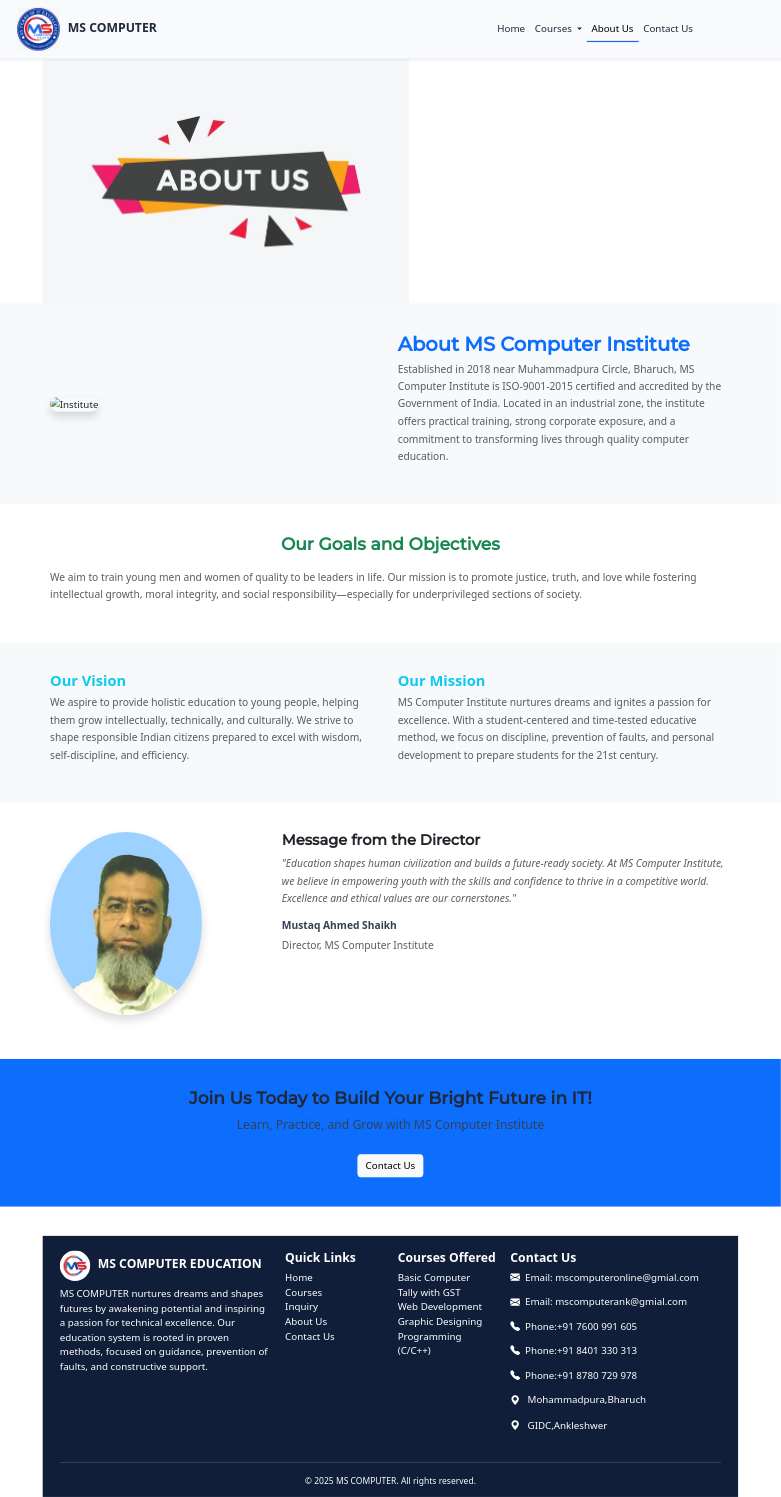
Repository: mscomputer2025/mscomputer
Page: http://localhost/aboutus
These files come from the project's save history. The page is drawn as it stood at one moment and after the next save; the edit follows.
The browser window is 1280 px wide. The pictures show the whole page, at 61% of full size.
Some web fonts or font styles are not loaded; a fallback is used. The page is served by the project's Laravel application, run on PHP 8.4 with Laravel 12. Other server files are loaded and not shown. Queries for data that is not in the repository find no rows.

Above is the page before, as saved 2025-07-03 21:02:00.

### app/Providers/AppServiceProvider.php
<?php

namespace App\Providers;

use Illuminate\Support\ServiceProvider;
use App\Models\Courses;
use Illuminate\Support\Facades\View;

class AppServiceProvider extends ServiceProvider
{

    public function register(): void
    {
        //
    }

    public function boot()
{
    View::composer('*', function ($view) {
        $view->with('allCourses', Courses::all());
    });
}
}

### app/Providers/ViewServiceProvider.php
<?php

namespace App\Providers;

use Illuminate\Support\ServiceProvider;
use Illuminate\Support\Facades\View;
use Illuminate\View\Compilers\BladeCompiler;
use Illuminate\Support\Facades\Validator;
use App\Models\Courses;

class ViewServiceProvider extends ServiceProvider
{

    public function register(): void
    {
        //
    }


    public function boot()
    {
        View::composer('*', function ($view) {
            $courses = Courses::all();
            $view->with('courses', $courses);
        });
    }
}

### routes/web.php
<?php

use Illuminate\Support\Facades\Route;

Route::get('/', function () {
    return view('homepage');
});
Route::get('/contactus', function () {
    return view('contactus');
});
Route::get('/courses', function () {
    return view('courses');
});
Route::get('/aboutus', function () {
    return view('aboutus');
});

### app/Models/Courses.php
<?php

namespace App\Models;

use Illuminate\Database\Eloquent\Model;

class Courses extends Model
{
    protected $fillable = [
        'course_id', 'course_title', 'course_image', 'course_duration',
        'course_description', 'course_curriculum', 'course_rating', 'course_reviews'
    ];

    protected $casts = [
        'course_curriculum' => 'array',
    ];
}

### resources/views/aboutus.blade.php
@extends('master.master')

@section('title', 'About Us')

@section('content')

    <!-- Hero Banner -->
    <div class="container p-0">
        <img src="{{ asset('images/about-hero.jpg') }}" class="img-fluid"
            style="max-height: 400px; object-fit: cover;" alt="MS Computer Institute">
    </div>

    <!-- About Section -->
    <section class="py-5 bg-light">
        <div class="container">
            <div class="row align-items-center">
                <div class="col-lg-6 mb-4 mb-lg-0">
                    <img src="{{ asset('images/institute-front.jpg') }}" class="img-fluid rounded-4 shadow" alt="Institute">
                </div>
                <div class="col-lg-6">
                    <h2 class="fw-bold text-primary">About MS Computer Institute</h2>
                    <p class="text-muted">Established in 2018 near Muhammadpura Circle, Bharuch, MS Computer Institute is
                        ISO-9001-2015 certified and accredited by the Government of India. Located in an industrial zone,
                        the institute offers practical training, strong corporate exposure, and a commitment to transforming
                        lives through quality computer education.</p>
                </div>
            </div>
        </div>
    </section>

    <!-- Goals and Objectives -->
    <section class="py-5">
        <div class="container">
            <h3 class="text-center fw-bold mb-4 text-success">Our Goals and Objectives</h3>
            <div class="row">
                <div class="col-md-12">
                    <p class="text-muted">We aim to train young men and women of quality to be leaders in life. Our mission
                        is to promote justice, truth, and love while fostering intellectual growth, moral integrity, and
                        social responsibility—especially for underprivileged sections of society.</p>
                </div>
            </div>
        </div>
    </section>

    <!-- Vision & Mission -->
    <section class="py-5 bg-light">
        <div class="container">
            <div class="row g-4">
                <div class="col-md-6">
                    <h4 class="fw-semibold text-info">Our Vision</h4>
                    <p class="text-muted">We aspire to provide holistic education to young people, helping them grow
                        intellectually, technically, and culturally. We strive to shape responsible Indian citizens prepared
                        to excel with wisdom, self-discipline, and efficiency.</p>
                </div>
                <div class="col-md-6">
                    <h4 class="fw-semibold text-info">Our Mission</h4>
                    <p class="text-muted">MS Computer Institute nurtures dreams and ignites a passion for excellence. With a
                        student-centered and time-tested educative method, we focus on discipline, prevention of faults, and
                        personal development to prepare students for the 21st century.</p>
                </div>
            </div>
        </div>
    </section>

    <!-- Director's Message -->
    <section class="py-5">
        <div class="container">
            <div class="row align-items-start">
                <div class="col-lg-4 mb-4">
                    <img src="{{ asset('images/director.jpg') }}" class="img-fluid rounded-circle shadow" alt="Director"
                        style="max-height: 300px;">
                </div>
                <div class="col-lg-8">
                    <h4 class="fw-bold text-dark">Message from the Director</h4>
                    <p class="text-muted fst-italic">"Education shapes human civilization and builds a future-ready society.
                        At MS Computer Institute, we believe in empowering youth with the skills and confidence to thrive in
                        a competitive world. Excellence and ethical values are our cornerstones."</p>
                    <p class="mb-1 fw-semibold">Mustaq Ahmed Shaikh</p>
                    <p class="text-muted">Director, MS Computer Institute</p>
                </div>
            </div>
        </div>
    </section>

    <!-- Call to Action -->
    <section class="py-5 bg-primary text-white text-center" style="rgba(var(--bs-white-rgb), var(--bs-text-opacity)) !important;">
        <div class="container">
            <h3 class="fw-bold">Join Us Today to Build Your Bright Future in IT!</h3>
            <p class="lead">Learn, Practice, and Grow with MS Computer Institute</p>
            <a href="{{ url('/contact') }}" class="btn btn-light mt-3">Contact Us</a>
        </div>
    </section>

@endsection

### resources/views/master/master.blade.php
<!DOCTYPE html>
<html lang="en">
<head>
    <meta charset="UTF-8">
    <meta name="viewport" content="width=device-width, initial-scale=1.0">
    <link rel="stylesheet" href="{{ asset('css/master.css') }}">
    <link href="https://fonts.googleapis.com/css2?family=Poppins&display=swap" rel="stylesheet">
    <link href="https://fonts.googleapis.com/css2?family=Orbitron:wght@600&family=Montserrat:wght@500&display=swap" rel="stylesheet">
    <link rel="stylesheet" href="https://cdn.jsdelivr.net/npm/bootstrap-icons@1.10.5/font/bootstrap-icons.css">
    <link href="https://cdn.jsdelivr.net/npm/bootstrap@5.3.7/dist/css/bootstrap.min.css" rel="stylesheet">
    <title>MS COMPUTER - @yield('title')</title>
</head>
<body>

    @include('master.header')

    <main>
        @yield('content')
    </main>

    @include('master.footer')

    <script src="https://cdn.jsdelivr.net/npm/bootstrap@5.3.7/dist/js/bootstrap.bundle.min.js"></script>
</body>
</html>

### resources/views/master/header.blade.php
<nav class="navbar navbar-expand-lg navbar-light shadow-sm">
    <div class="container mx-3">
        <a class="navbar-brand" href="#">
            <img src="{{ asset('logo.jpeg') }}" alt="Institute Logo" width="70" height="100" class="img-fluid">
            <span class="ms-2 fw-bold">MS COMPUTER</span>
        </a>
        <button class="navbar-toggler" type="button" data-bs-toggle="collapse" data-bs-target="#navbarContent"
            aria-controls="navbarContent" aria-expanded="false" aria-label="Toggle navigation">
            <span class="navbar-toggler-icon"></span>
        </button>

        <div class="collapse navbar-collapse justify-content-end" id="navbarContent">
            <ul class="navbar-nav mb-2 mb-lg-0">

                <li class="nav-item">
                    <a class="nav-link {{ request()->is('/') ? 'active' : '' }}" href="{{ url('/') }}">Home</a>
                </li>

                <li class="nav-item dropdown">
                    <a class="nav-link dropdown-toggle {{ request()->is('courses') ? 'active' : '' }}" href="#"
                        id="coursesDropdown" role="button" data-bs-toggle="dropdown" aria-expanded="false">
                        Courses
                    </a>
                    <ul class="dropdown-menu" aria-labelledby="coursesDropdown">
                        <li><a class="dropdown-item" href="#">Basic Computer</a></li>
                        <li><a class="dropdown-item" href="#">PGDCA</a></li>
                        <li><a class="dropdown-item" href="#">ADIT</a></li>
                        <li><a class="dropdown-item" href="#">Web Development & Designing</a></li>
                        <li><a class="dropdown-item" href="#">Tally GST</a></li>
                        <li><a class="dropdown-item" href="#">Graphic Design</a></li>
                    </ul>
                </li>

                <li class="nav-item">
                    <a class="nav-link {{ request()->is('aboutus') ? 'active' : '' }}" href="{{ url('/aboutus') }}">About
                        Us</a>
                </li>

                <li class="nav-item">
                    <a class="nav-link {{ request()->is('contactus') ? 'active' : '' }}"
                        href="{{ url('/contactus') }}">Contact Us</a>
                </li>

            </ul>
        </div>
    </div>
</nav>

### resources/views/master/footer.blade.php
<footer class="container text-white pt-4 pb-3 mt-5 footer-bg">
    <div class="mx-3">
        <div class="row">
            <!-- Institute Info -->
            <div class="col-md-4 mb-3">
                <a class="navbar-brand" href="#">
                    <img src="{{ asset('footerlogo.jpg') }}" alt="Institute Logo" width="50" height="70"
                        class="img-fluid rounded-circle me-2">
                </a>
                <span class="fw-bold h5">MS COMPUTER EDUCATION</span>
                <p class="mt-2">
                    MS COMPUTER nurtures dreams and shapes futures by awakening potential and inspiring a passion for
                    technical excellence. Our education system is rooted in proven methods, focused on guidance,
                    prevention of faults, and constructive support.
                </p>
            </div>

            <!-- Quick Links -->
            <div class="col-md-2 mb-3">
                <h5 class="fw-bold">Quick Links</h5>
                <ul class="list-unstyled">
                    <li><a href="#" class="text-white text-decoration-none">Home</a></li>
                    <li><a href="#" class="text-white text-decoration-none">Courses</a></li>
                    <li><a href="#" class="text-white text-decoration-none">Inquiry</a></li>
                    <li><a href="#" class="text-white text-decoration-none">About Us</a></li>
                    <li><a href="#" class="text-white text-decoration-none">Contact Us</a></li>
                </ul>
            </div>

            <!-- Courses Offered -->
            <div class="col-md-2 mb-3">
                <h5 class="fw-bold">Courses Offered</h5>
                <ul class="list-unstyled">
                    <li><a href="#" class="text-white text-decoration-none">Basic Computer</a></li>
                    <li><a href="#" class="text-white text-decoration-none">Tally with GST</a></li>
                    <li><a href="#" class="text-white text-decoration-none">Web Development</a></li>
                    <li><a href="#" class="text-white text-decoration-none">Graphic Designing</a></li>
                    <li><a href="#" class="text-white text-decoration-none">Programming (C/C++)</a></li>
                </ul>
            </div>

            <!-- Contact Info -->
            <div class="col-md-4 mb-3">
                <h5 class="fw-bold">Contact Us</h5>
                <p><i class="bi bi-envelope-fill me-2"></i>Email: mscomputeronline@gmial.com</p>
                <p><i class="bi bi-envelope-fill me-2"></i>Email: mscomputerank@gmial.com</p>
                <p><i class="bi bi-telephone-fill me-2"></i>Phone:+91 7600 991 605 </p>
                <p><i class="bi bi-telephone-fill me-2"></i>Phone:+91 8401 330 313</p>
                <p><i class="bi bi-telephone-fill me-2"></i>Phone:+91 8780 729 978</p>
                <p><i class="bi bi-geo-alt-fill me-2 align-middle"></i> Mohammadpura,Bharuch</p>
                <p><i class="bi bi-geo-alt-fill me-2 align-middle"></i> GIDC,Ankleshwer</p>
            </div>
        </div>

        <hr class="bg-secondary">
        <div class="text-center">
            <small>&copy; {{ date('Y') }} MS COMPUTER. All rights reserved.</small>
        </div>
    </div>
</footer>

### public/css/master.css
:root {
  --primary-light: #F8FAFC;
  --accent-blue: #2563EB;
  --nav-text: #1F2937;
  --footer-bg: #101e39;
  --footer-text: #bde6e0;
  --footer-link-hover: #2563EB;
}

.navbar {
  background-color: var(--primary-light);
  border-bottom: 1px solid #e2e8f0;
  /* font-family: 'Orbitron', sans-serif;  */
}

.navbar .navbar-brand span {
  color: var(--nav-text);
  font-weight: 700;
}

.navbar .nav-link {
  color: var(--nav-text);
  font-weight: 500;
}

.navbar .nav-link.active,
.navbar .nav-link:hover {
  color: var(--accent-blue);
  border-bottom: 2px solid var(--accent-blue);
}

/* Dropdown Styling */
.navbar .dropdown-menu {
  background-color: var(--primary-light);
  border: 1px solid #e2e8f0;
  box-shadow: 0 6px 12px rgba(0, 0, 0, 0.1);
}

.navbar .dropdown-item {
  color: var(--nav-text);
}

.navbar .dropdown-item:hover {
  background-color: var(--accent-blue);
  color: white;
}

footer.footer-bg {
  background-color: var(--footer-bg);
  color: var(--footer-text);
}

footer.footer-bg span h5 {
  color: var(--footer-text);
}

footer.footer-bg a {
  color: var(--footer-text);
  text-decoration: none;
}

footer.footer-bg a:hover {
  color: var(--footer-link-hover);
  text-decoration: underline;
}

footer.footer-bg hr {
  border-top: 1px solid #cbd5e1;
}

.hero {
  width: 100%;
  height: 100vh;
    background-image: url('../images/herosection.jpeg');
  background-position: center center;
  background-size: cover;
  background-repeat: no-repeat;
  position: relative;
  display: flex;
  align-items: center;
  justify-content: center;
  text-align: center;
  color: white;
  overflow: hidden;
  /* font-family: 'Orbitron', sans-serif; */
  padding: 0 15px;
}

.hero::before {
  content: "";
  position: absolute;
  inset: 0;
  background-color: rgba(0, 0, 0, 0.4);
  z-index: 1;
}
.hero>div {
  position: relative;
  z-index: 2;
  text-shadow: 0 2px 8px rgba(0, 0, 0, 0.8);
  max-width: 800px;
  margin: auto;
}
@media (max-width: 768px) {
  .hero h1 {
    font-size: 2rem;
  }

  .hero p {
    font-size: 1rem;
  }
}
@media (max-width: 480px) {
  .hero {
    height: 80vh;
    padding: 20px;
  }
  .hero h1 {
    font-size: 1.5rem;
  }

  .hero p {
    font-size: 0.95rem;
  }
}
.course-box {
  transition: transform 0.3s ease,
}
.course-box:hover {
  transform: translateY(-5px);
  box-shadow: 0 10px 20px rgba(12, 12, 12, 0.1);
}
.heading-styled {
  font-family: 'Orbitron', sans-serif;
  font-size: 2rem;
  letter-spacing: 1px;
  color: #1f2937;
  position: relative;
}
@media (max-width: 576px) {
  .heading-styled {
    font-size: 1.5rem;
  }
}
.heading-styled::after {
  content: "";
  width: 60%;
  height: 3px;
  position: absolute;
  bottom: -10px;
  left: 0;
  border-radius: 2px;
}
section .fw-bold {
  font-family: 'Montserrat', sans-serif;
  color: #1e293b;
}

section p {
  font-size: 1.05rem;
  line-height: 1.7;
  color: #334155;
}
.about-image {
  max-height: 500px;
  object-fit: cover;
  width: 70%;
}

@media (max-width: 768px) {
  .about-image {
    width: 100%;
  }
}
.cert-logo {

  object-fit: contain;
  transition: transform 0.3s ease;
}

.cert-logo:hover {
  transform: scale(1.1);
}

.typewriter {
  overflow: hidden;
  border-right: 2px solid #000;
  white-space: nowrap;
  margin: 0 auto;
  animation: typing 3s steps(40, end), blink 0.75s step-end infinite;
  width: fit-content;
}

@keyframes typing {
  from { width: 0 }
  to { width: 100% }
}
@keyframes blink {
  50% { border-color: transparent }
}
.contact-banner {
  height: 500px;
  overflow: hidden;
}

@media (max-width: 768px) {
  .contact-banner {
    height: 250px;
  }
}

.object-fit-cover {
  object-fit: cover;
}

 .overflow-auto::-webkit-scrollbar {
        height: 8px;
    }
    .overflow-auto::-webkit-scrollbar-thumb {
        background: #ccc;
        border-radius: 10px;
    }
    .overflow-auto::-webkit-scrollbar-track {
        background: transparent;
    }

    .transition-hover:hover {
        transform: translateY(-5px);
        transition: all 0.3s ease-in-out;
    }

After the next save:
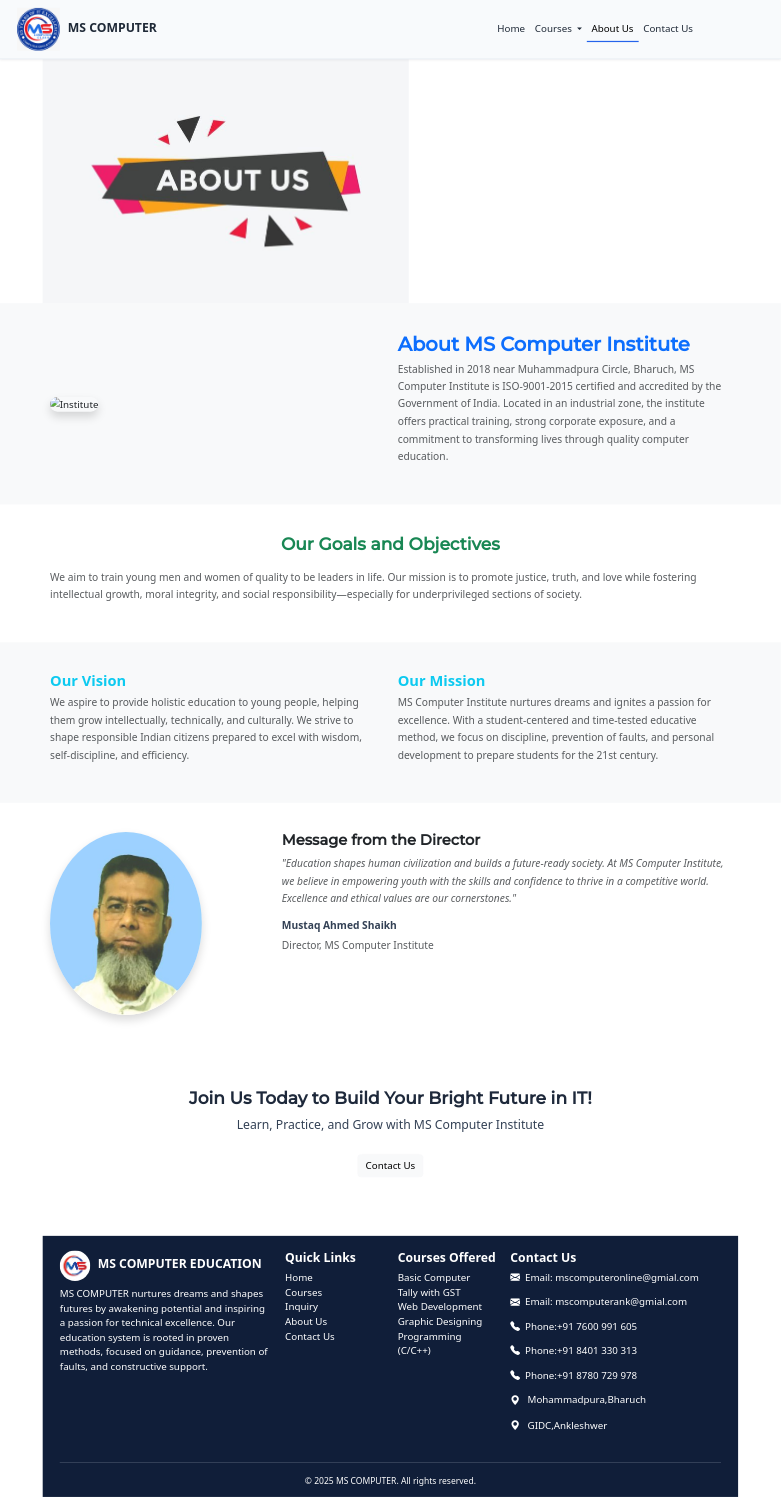
Saved 6 s later.
--- a/resources/views/aboutus.blade.php
+++ b/resources/views/aboutus.blade.php
@@ -83,7 +83,7 @@
     </section>
 
     <!-- Call to Action -->
-    <section class="py-5 bg-primary text-white text-center" style="rgba(var(--bs-white-rgb), var(--bs-text-opacity)) !important;">
+    <section class="py-5  text-white text-center" style="rgba(var(--bs-white-rgb), var(--bs-text-opacity)) !important;">
         <div class="container">
             <h3 class="fw-bold">Join Us Today to Build Your Bright Future in IT!</h3>
             <p class="lead">Learn, Practice, and Grow with MS Computer Institute</p>
